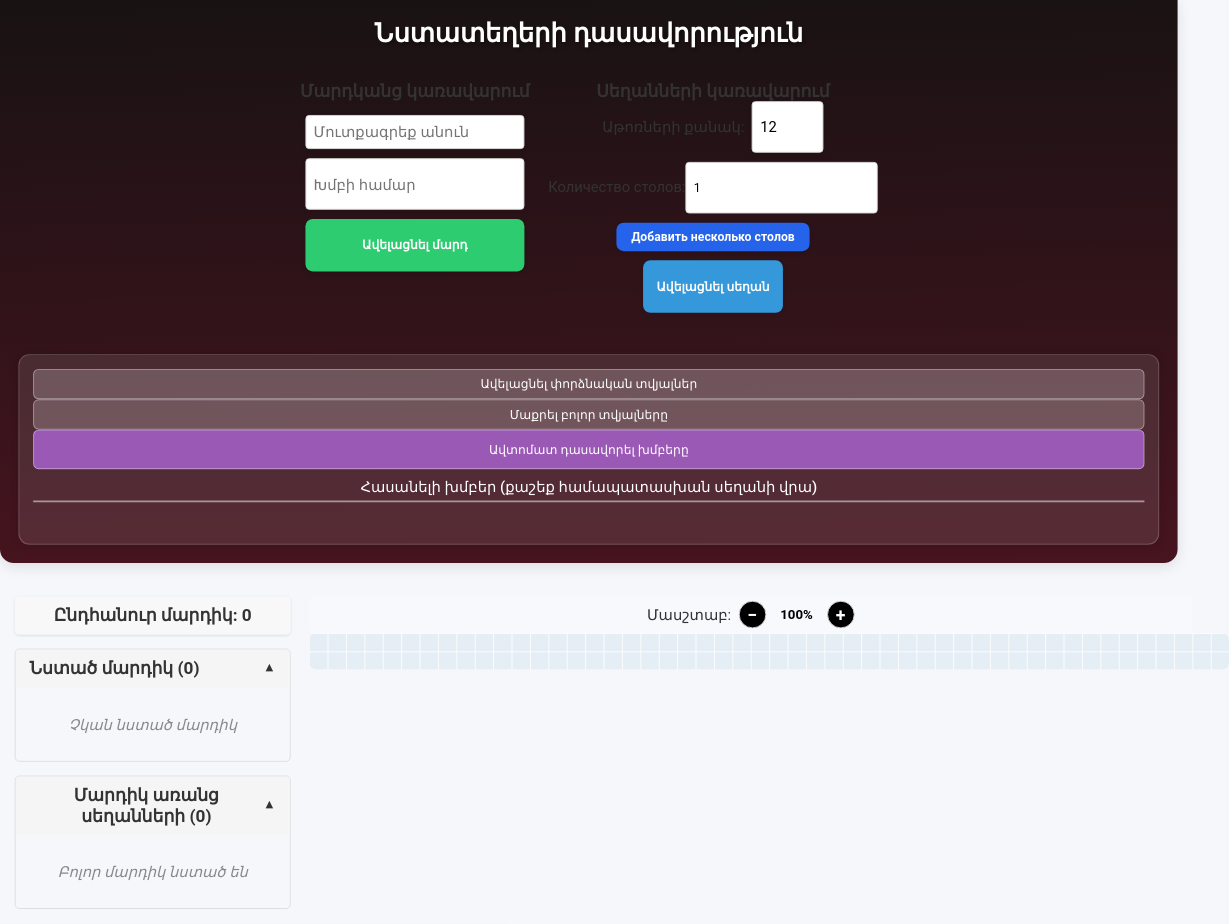
Repository: Vahan-23/Table-V2
Page: /
These files come from the project's save history. The page is drawn as it stood at one moment and after a run of saves; the edit follows.
The browser window is 1280 px wide. The page is 1336 px wide, so the pictures cover 1336 px, including what lies to the right of the window. The pictures show the whole page, at 92% of full size.
The project was rebuilt for these pictures with package versions that can differ from the ones it lists, and the page was loaded fresh each time.

Above is the page before, as saved 2025-03-03 12:28:26.

After the next 2 saves:
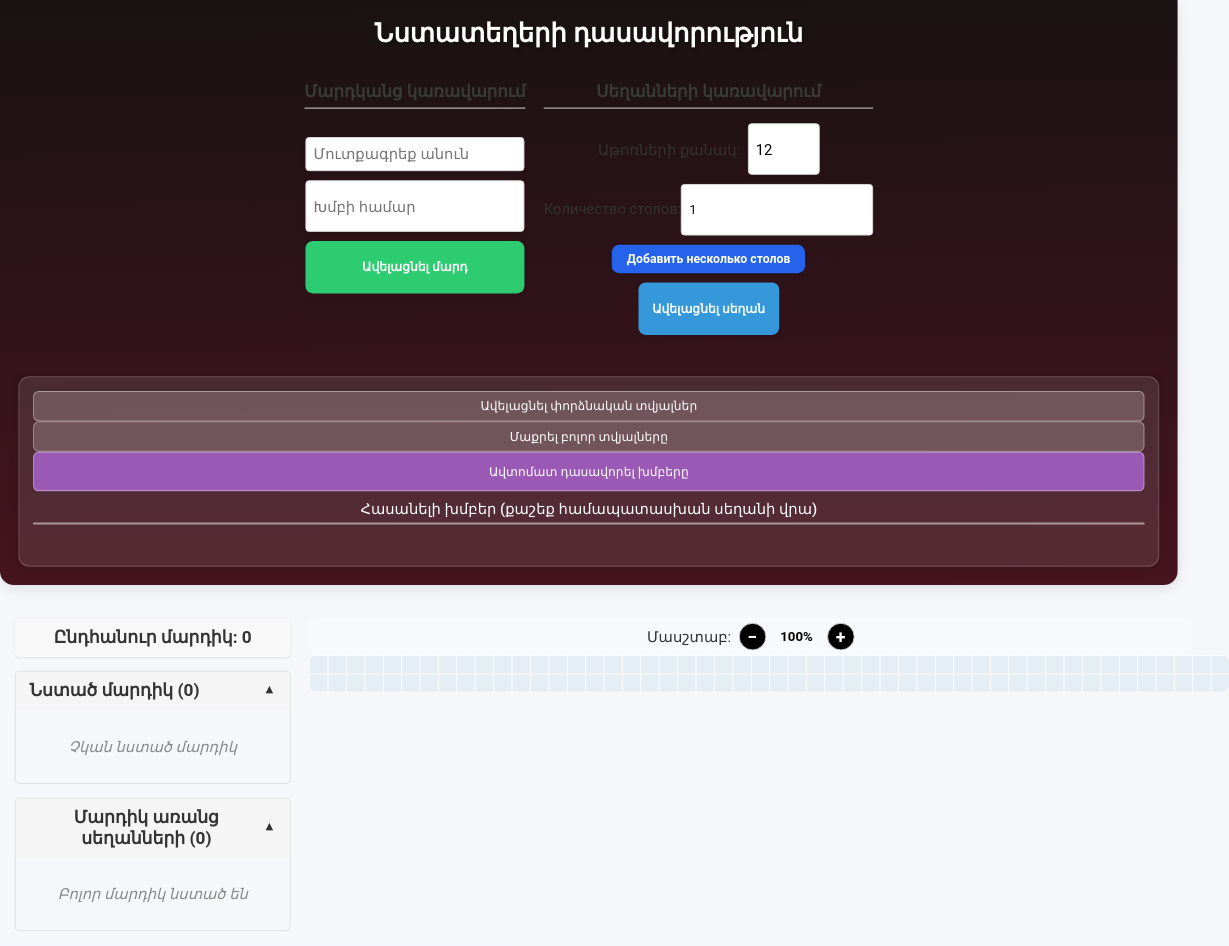
The 2 saves are shown as one change because they came seconds apart.
The last was saved 16 s later.
--- a/src/component/App.css
+++ b/src/component/App.css
@@ -1028,9 +1028,8 @@ button {
   margin-top: 20px;
   justify-content: center;
 }
-
-/* .header-section {
-  /* flex: 1 1; */
+/*
+.header-section {
   display: flex;
   height: auto;
   background-color: #f7f8fc;
